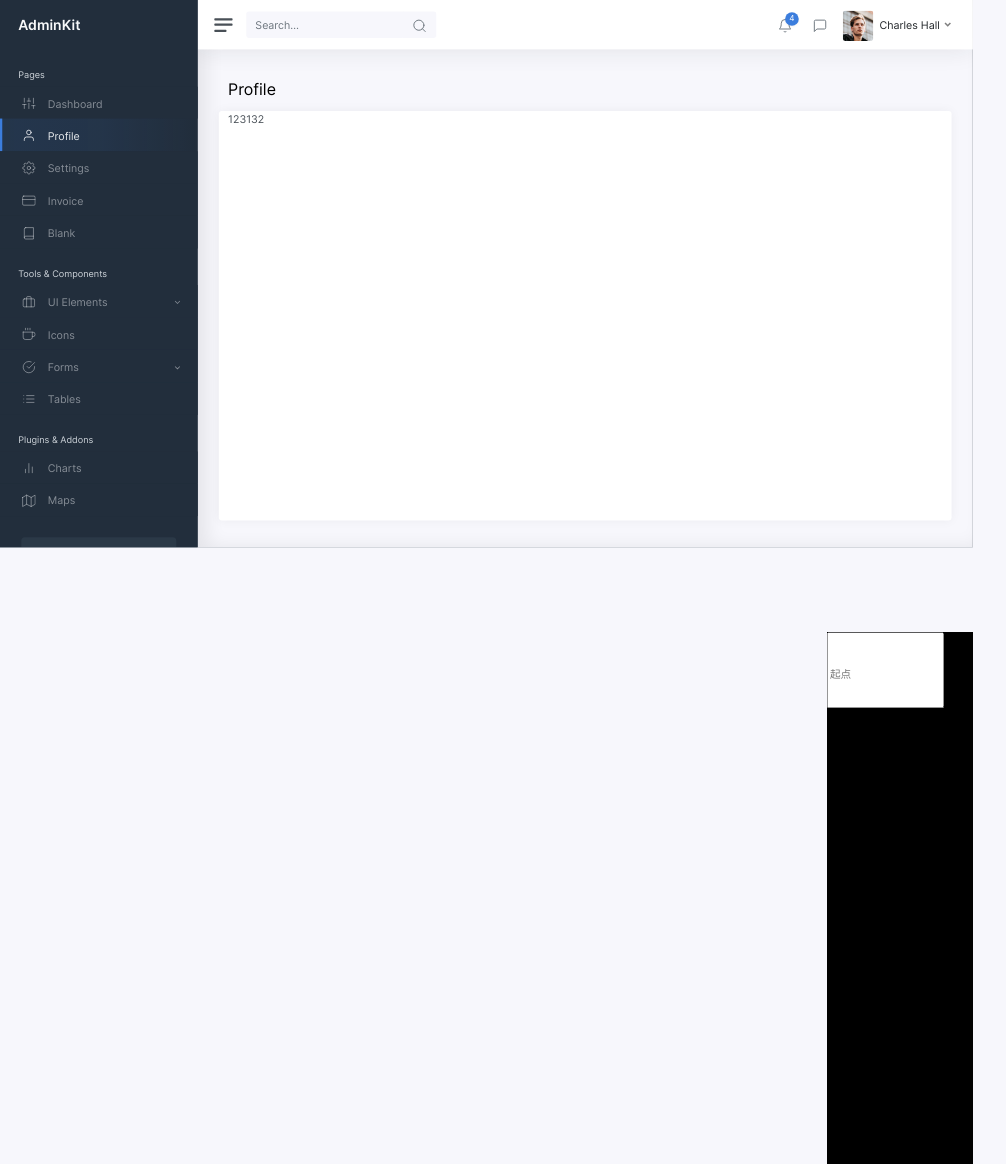
Repository: yuwei0922/WHURS-WGIS
Page: final_project/pages-profile.html
These files come from the project's save history. The page is drawn as it stood at one moment and after the next save; the edit follows.
The browser window is 1280 px wide. The page is 1280 px wide, then 1324 px, so the pictures cover 1324 px, including what lies to the right of the window. The pictures show the whole page, at 76% of full size.

Above is the page before, as saved 2022-12-21 20:26:27.
Not found: final_project/js/vendor.js

After the next save:
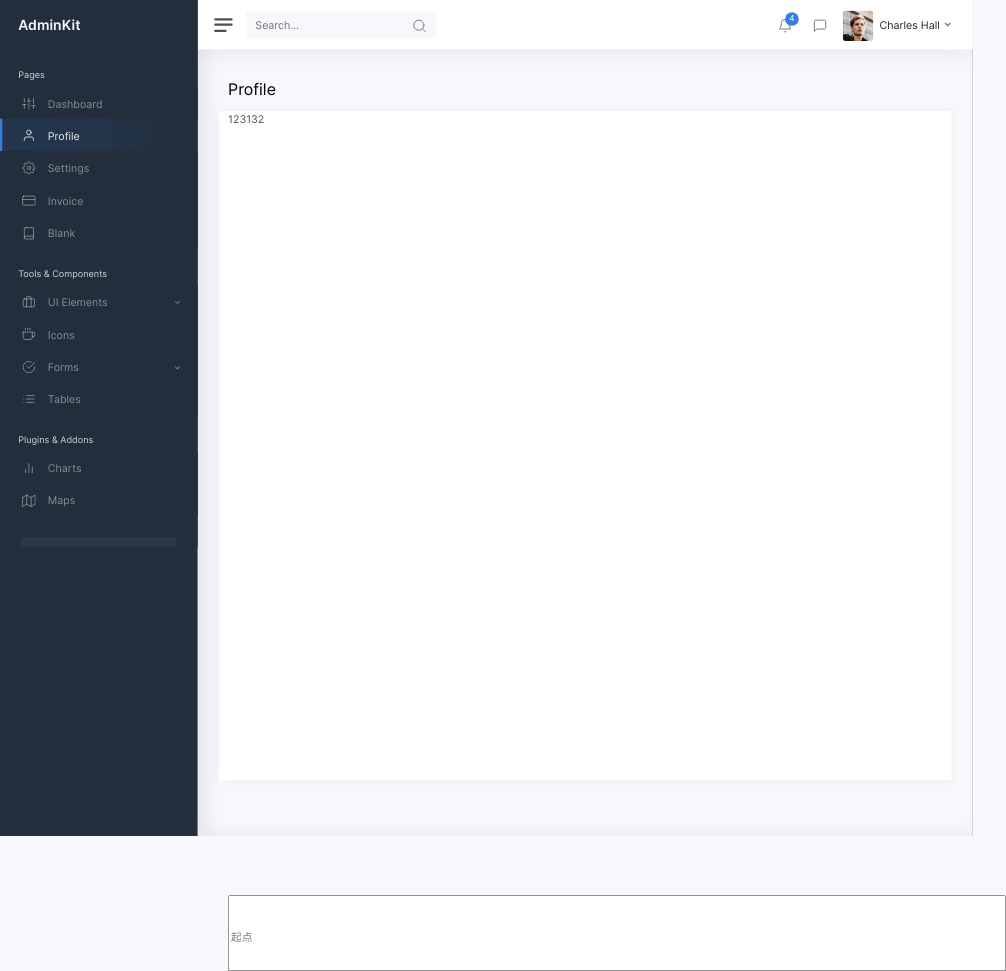
Saved 40 s later.
--- a/final_project/css/content.css
+++ b/final_project/css/content.css
@@ -8,9 +8,7 @@
 }
 
 .select-contronller{
-    float: right;
-    display: flex;
-    position: absolute;
+    display: inline-block;
     margin: 10% 0;
     right: 0;
     height: 700px;
